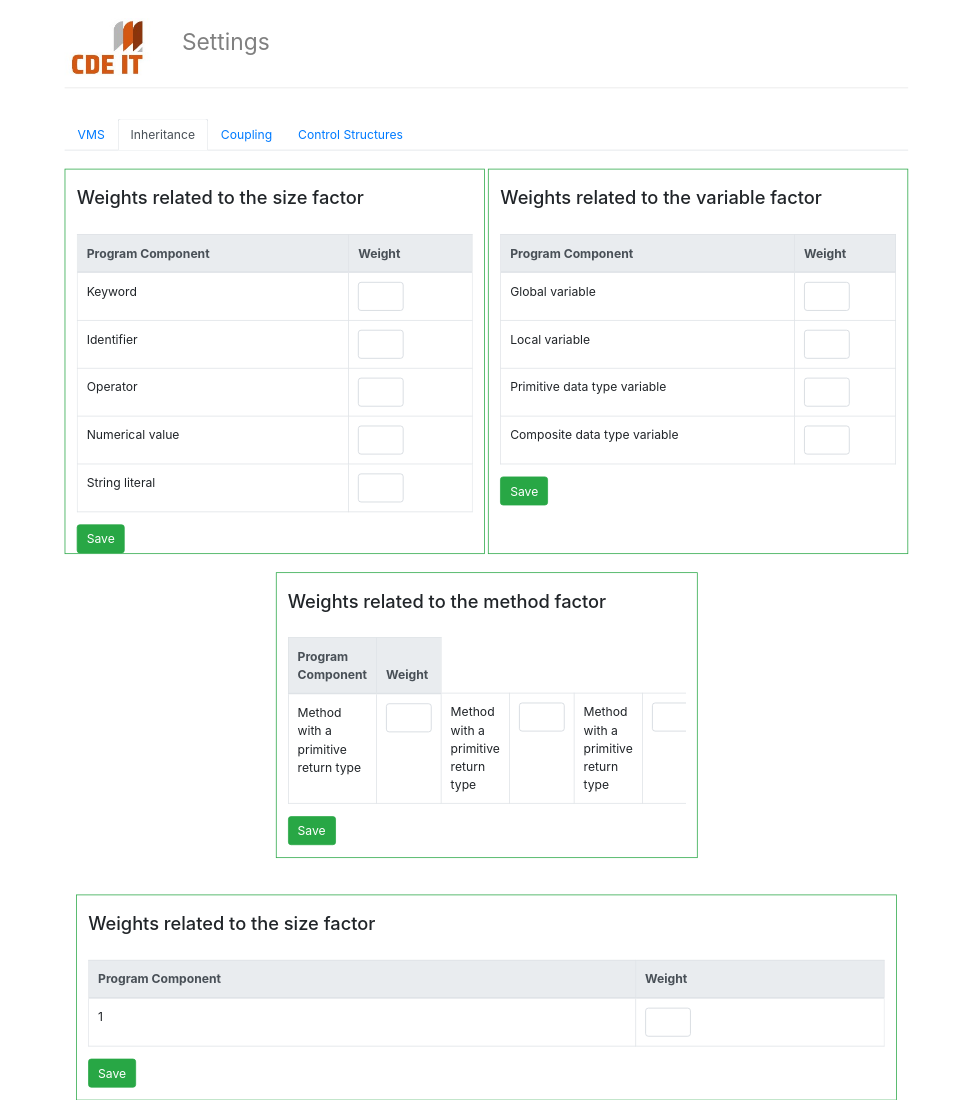
Repository: JudeAshan98/ITPM
Page: CDE_IT/WebContent/views/settings.html
An editor plug-in stored every save of this project. The page is shown before and after the next save, followed by the edit.
The browser window is 1280 px wide. The pictures show the whole page, at 76% of full size.

Above is the page before, as saved 2020-03-01 16:59:25.

### CDE_IT/WebContent/views/settings.html
<!DOCTYPE html>
<html lang="en">
<head>
<title>Bootstrap Example</title>
<meta charset="utf-8">
<meta name="viewport" content="width=device-width, initial-scale=1">
<link rel="stylesheet"
	href="https://maxcdn.bootstrapcdn.com/bootstrap/4.4.1/css/bootstrap.min.css">
<script
	src="https://ajax.googleapis.com/ajax/libs/jquery/3.4.1/jquery.min.js"></script>
<script
	src="https://cdnjs.cloudflare.com/ajax/libs/popper.js/1.16.0/umd/popper.min.js"></script>
<script
	src="https://maxcdn.bootstrapcdn.com/bootstrap/4.4.1/js/bootstrap.min.js"></script>
</head>
<body>
	<br>

	<div class="container">
		<div>
			<img src="../img/logoe.png" style="max-height: 75px">
			<text style="font-size:30px; color:gray ; margin-left:30px;">
			Settings<text>
			<hr />
		</div>
		<br>

		<!-- Nav tabs -->
		<ul class="nav nav-tabs" role="tablist">
			<li class="nav-item"><a class="nav-link" data-toggle="tab"
				href="#vms">VMS</a></li>
			<li class="nav-item"><a class="nav-link active"
				data-toggle="tab" href="#inheritance">Inheritance</a></li>
			<li class="nav-item"><a class="nav-link" data-toggle="tab"
				href="#Coupling">Coupling</a></li>
			<li class="nav-item"><a class="nav-link" data-toggle="tab"
				href="#Control">Control Structures</a></li>
		</ul>

		<!-- Tab panes -->
		<div class="tab-content">
			<div id="vms" class="container tab-pane active">
				<br>
				<div class="row">
					<div class="col-sm border border-success">
						<br>
						<h4>Weights related to the size factor</h4>
						<div class="table-responsive">
							<br>
							<table class="table table-bordered">
								<thead class="thead-light">
									<tr>
										<th>Program Component</th>
										<th>Weight</th>
									</tr>
								</thead>
								<tbody>
									<tr>
										<td>Keyword</td>
										<td><input type="number" class="form-control"   style="width:60px"></td>
									</tr>
									<tr>
										<td>Identifier</td>
										<td><input type="number" class="form-control"   style="width:60px"></td>
									</tr>
									<tr>
										<td>Operator</td>
										<td><input type="number" class="form-control"   style="width:60px"></td>
									</tr>
									<tr>
										<td>Numerical value</td>
										<td><input type="number" class="form-control"   style="width:60px"></td>
									</tr>
									<tr>
										<td>String literal</td>
										<td><input type="number" class="form-control"   style="width:60px"></td>
									</tr>
								</tbody>
							</table>
						</div>
						<button type="button" class="btn btn-success">Save</button>
					</div>
					&nbsp
					<div class="col-sm border border-success">
						<br>
						<h4>Weights related to the variable factor</h4>
						<div class="table-responsive">
							<br>
							<table class="table table-bordered">
								<thead class="thead-light">
									<tr>
										<th>Program Component</th>
										<th>Weight</th>
									</tr>
								</thead>
								<tbody>
									<tr>
										<td>Global variable</td>
										<td><input type="number" class="form-control"   style="width:60px"></td>
									</tr>
									<tr>
										<td>Local variable</td>
										<td><input type="number" class="form-control"   style="width:60px"></td>
									</tr>
									<tr>
										<td>Primitive data type variable</td>
										<td><input type="number" class="form-control"   style="width:60px"></td>
									</tr>
									<tr>
										<td>Composite data type variable</td>
										<td><input type="number" class="form-control"   style="width:60px"></td>
									</tr>
								</tbody>
							</table>
						</div>
						<button type="button" class="btn btn-success">Save</button>
						<p></p>
					</div>
				</div>
				<br>
				<div class="row justify-content-md-center">
					<div class="col-md-6 border border-success">
						<br>
						<h4>Weights related to the method factor</h4>
						<div class="table-responsive">
							<br>
							<table class="table table-bordered">
								<thead class="thead-light">
									<tr>
										<th>Program Component</th>
										<th>Weight</th>
									</tr>
								</thead>
								<tbody>
									<tr>
										<td>Method with a primitive return type</td>
										<td><input type="number" class="form-control"   style="width:60px"></td>
										<td>Method with a primitive return type</td>
										<td><input type="number" class="form-control"   style="width:60px"></td>
										<td>Method with a primitive return type</td>
										<td><input type="number" class="form-control"   style="width:60px"></td>
										<td>Method with a primitive return type</td>
										<td><input type="number" class="form-control"   style="width:60px"></td>
										<td>Method with a primitive return type</td>
										<td><input type="number" class="form-control"   style="width:60px"></td>
									</tr>
								</tbody>
							</table>
						</div>
						<button type="button" class="btn btn-success">Save</button>
						<p></p>
					</div>
				</div>
				<br>
			</div>
			<div id="inheritance" class="container tab-pane active">
				<br>
				<div class="col-sm border border-success">
					<br>
					<h4>Weights related to the size factor</h4>
					<div class="table-responsive">
						<br>
						<table class="table table-bordered">
							<thead class="thead-light">
								<tr>
									<th>Program Component</th>
									<th>Weight</th>
								</tr>
							</thead>
							<tbody>
								<tr>
									<td>1</td>
									<td><input type="number" class="form-control"   style="width:60px"></td>
								</tr>
							</tbody>
						</table>
					</div>
					<button type="button" class="btn btn-success">Save</button>
					<p></p>
				</div>
			</div>
			<div id="Coupling" class="container tab-pane fade">
				<br>
				<div class="col-sm border border-success">
					<br>
					<h4>Weights related to the size factor</h4>
					<div class="table-responsive">
						<br>
						<table class="table table-bordered">
							<thead class="thead-light">
								<tr>
									<th>Program Component</th>
									<th>Weight</th>
								</tr>
							</thead>
							<tbody>
								<tr>
									<td>1</td>
									<td><input type="number" class="form-control"   style="width:60px"></td>
								</tr>
							</tbody>
						</table>
					</div>
					<button type="button" class="btn btn-success">Save</button>
					<p></p>
				</div>
			</div>
			<div id="Control" class="container tab-pane fade">
				<br>
				<div class="col-sm border border-success">
					<br>
					<h4>Weights related to the size factor</h4>
					<div class="table-responsive">
						<br>
						<table class="table table-bordered">
							<thead class="thead-light">
								<tr>
									<th>Program Component</th>
									<th>Weight</th>
								</tr>
							</thead>
							<tbody>
								<tr>
									<td>1</td>
									<td><input type="number" class="form-control"   style="width:60px"></td>
								</tr>
							</tbody>
						</table>
					</div>
					<button type="button" class="btn btn-success">Save</button>
					<p></p>
				</div>
			</div>
		</div>

	</div>
</body>
</html>

After the next save:
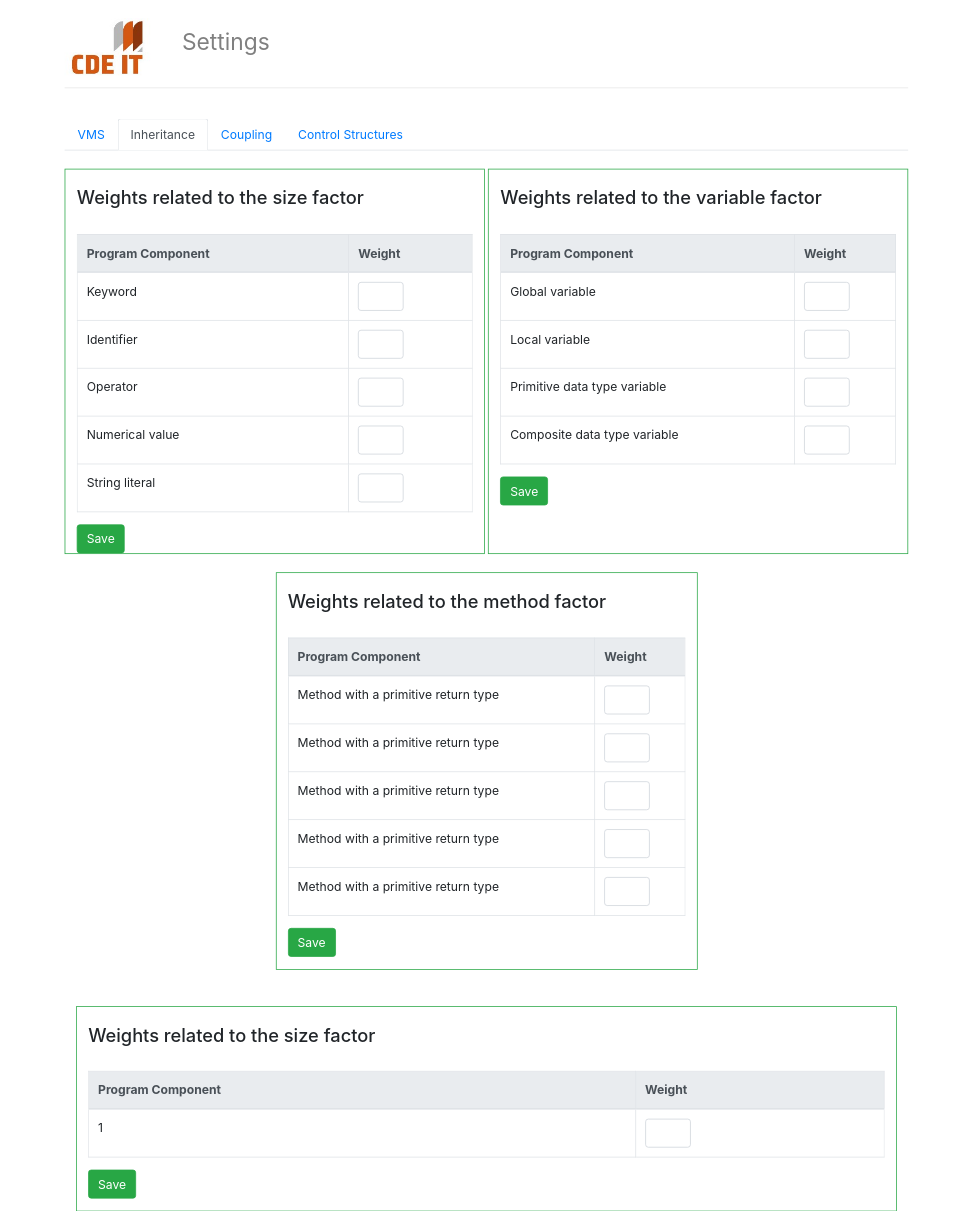
Saved 21 s later.
--- a/CDE_IT/WebContent/views/settings.html
+++ b/CDE_IT/WebContent/views/settings.html
@@ -135,12 +135,20 @@
 									<tr>
 										<td>Method with a primitive return type</td>
 										<td><input type="number" class="form-control"   style="width:60px"></td>
-										<td>Method with a primitive return type</td>
-										<td><input type="number" class="form-control"   style="width:60px"></td>
-										<td>Method with a primitive return type</td>
-										<td><input type="number" class="form-control"   style="width:60px"></td>
-										<td>Method with a primitive return type</td>
-										<td><input type="number" class="form-control"   style="width:60px"></td>
+									</tr>
+									<tr>
+										<td>Method with a primitive return type</td>
+										<td><input type="number" class="form-control"   style="width:60px"></td>
+									</tr>
+									<tr>
+										<td>Method with a primitive return type</td>
+										<td><input type="number" class="form-control"   style="width:60px"></td>
+									</tr>
+									<tr>
+										<td>Method with a primitive return type</td>
+										<td><input type="number" class="form-control"   style="width:60px"></td>
+									</tr>
+									<tr>
 										<td>Method with a primitive return type</td>
 										<td><input type="number" class="form-control"   style="width:60px"></td>
 									</tr>
